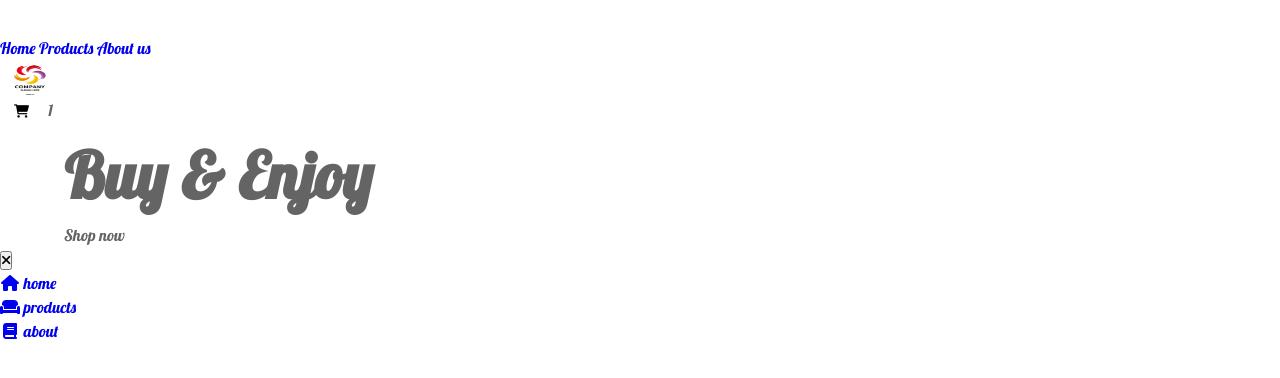
Repository: tetlisna/myprojectJS2
Page: index.html
An editor plug-in stored every save of this project. The page is shown before and after the next save, followed by the edit.
The browser window is 1280 px wide. The pictures show the whole page.
Some web fonts or font styles are not loaded; a fallback is used.

Above is the page before, as saved 2022-09-04 19:53:06.

### index.html
<!DOCTYPE html>
<html lang="en">
  <head>
    <meta charset="UTF-8" />
    <meta name="viewport" content="width=device-width, initial-scale=1.0" />
    <link rel="stylesheet" href="/css/style.css" />
    <link
      rel="stylesheet"
      href="https://cdnjs.cloudflare.com/ajax/libs/font-awesome/6.2.0/css/all.min.css"
    />
    <title>E-commers</title>
  </head>
  <body>
    <!-- Nav left -->
    <nav class="navbar">
      <div class="menu-line">
        <div class="wrapper">
          <button class="nav-logo">
            <i class="fa-sharp fa-solid fa-bars"></i>
          </button>
          <a href="#" href="index.html" class="nav-link">Home</a>
          <a href="#" href="products.html" class="nav-link">Products</a>
          <a href="#" href="about-us.html" class="nav-link">About us</a>
        </div>
        <!-- Logo -->
        <img src="/img/logo.png" class="nav-logo" alt="logo" width="100px" />
        <!-- Cart-->
        <div class="cart-side-container">
          <button class="cart-side">
            <i class="fa-sharp fa-solid fa-cart-shopping"></i>
          </button>
          <span class="cart-item-amount">1</span>
        </div>
      </div>
    </nav>

    <!--Main section-->

    <section class="main">
      <div id="main-container">
        <h1 class="text-main">Buy & Enjoy</h1>
        <a href="products.html" class="main-btn"> Shop now </a>
      </div>
    </section>
    <!--Side section-->

    <div class="sidebar-pop-out">
      <aside class="sidebar">
        <!-- close -->
        <button class="sidebar-close">
          <i class="fas fa-times"></i>
        </button>
        <!-- links -->
        <ul class="sidebar-links">
          <li>
            <a href="index.html" class="sidebar-link">
              <i class="fas fa-home fa-fw"></i>
              home
            </a>
          </li>
          <li>
            <a href="products.html" class="sidebar-link">
              <i class="fas fa-couch fa-fw"></i>
              products
            </a>
          </li>
          <li>
            <a href="about.html" class="sidebar-link">
              <i class="fas fa-book fa-fw"></i>
              about
            </a>
          </li>
        </ul>
      </aside>
    </div>
    <script src="script.js"></script>
  </body>
</html>

### css/style.css
@import url('https://fonts.googleapis.com/css2?family=Lobster&family=Qwitcher+Grypen&family=Roboto:wght@300&display=swap');
:root {
    --transition: all 0.3s linear;
    --spacing: 0.1rem;
    --radius: 0.25rem;
    --max-width: 1170px;
    --fixed-width: 620px;
    --white-bg:rgb(255, 255, 255);
    --dark-grey:rgb(100, 100, 100);
    --grey-red:rgb(190, 100, 100);
    --black-light:rgb(56, 56, 56);

}

* {
    margin: 0;
    padding: 0;
    box-sizing: border-box;
}
.container {
    max-width: 980px;
    margin: auto;
}
a {
    text-decoration: none;
}
body {
    font-family: 'Lobster', cursive,'Qwitcher Grypen', cursive,'Roboto', sans-serif;
    background: var(--white-bg);
    color: var(--dark-grey);
    line-height: 1.5;
    font-size: 0.875rem;
}
p {
    margin-bottom: 1.25rem;
    color: var(--dark-grey);
}

@media screen and (min-width: 800px) {
    h1 {
        font-size: 4rem;
    }
    body {
        font-size: 1rem;
    }
}
.img {
    width: 100%;
    display: block;
}
.main {
    width: 90vw;
    max-width: var(--max-width);
    margin: 0 auto;
}
.main-btn {
    color: var(--dark-grey);
}
.main-btn:hover {
    color: var(--grey-red);

}
.cart-side {
    background: var(--clr-primary-5);
    /* color: var(--clr-white); */
    border-radius: var(--radius);
    padding: 0.375rem 0.75rem;
    letter-spacing: var(--spacing);
    display: inline-block;
    transition: var(--transition);
    border-color: transparent;
    cursor: pointer;
  }
  /* .cart-side:hover {
    background: var(--white-bg);
    color: var(--dark-grey);
  } */
.nav-logo {
    background: var(--clr-primary-5);
    border-color: transparent;
    color: var(--white-bg);
    width: 3.75rem;
    height: 2.25rem;
    display: flex;
    align-items: center;
    justify-content: center;
    font-size: 1.5rem;
    border-radius: 2rem;
    cursor: pointer;
    transition: var(--transition);
}

### script.js
class User {
	constructor (name, balance){
		this.name = name,
		this.balance = balance
	}
	showOrderHistory(sortWay, fieldName, totalAmount, orderDate){

	}
	getCart(){
		return this.cart;
	}
	addOrder(){
		return this.order;
	}

}
class Order{
	constructor (order, totalPrice, date){
		this.order = order,
		this.price = totalPrice,
		this.date = date
	}

}

After the next save:
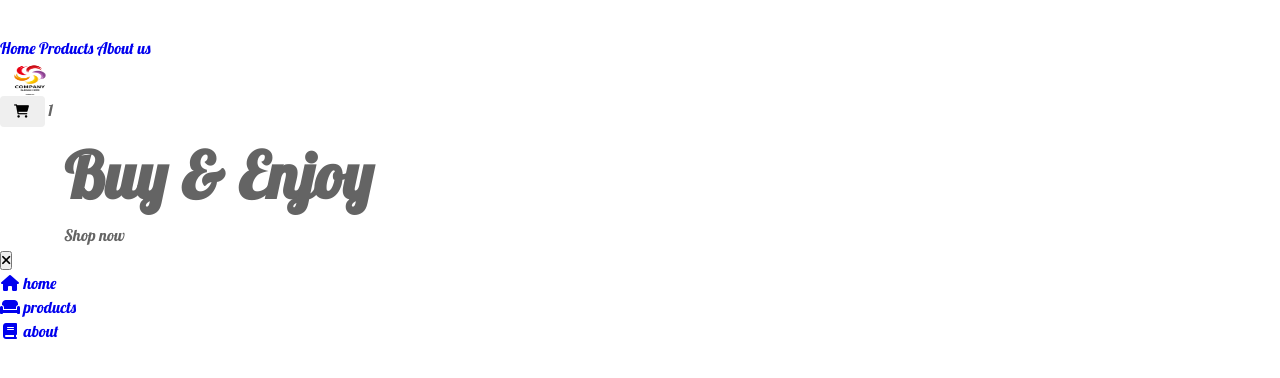
Saved 6 s later.
--- a/css/style.css
+++ b/css/style.css
@@ -61,7 +61,7 @@ p {
 
 }
 .cart-side {
-    background: var(--clr-primary-5);
+    /* background: var(--clr-primary-5); */
     /* color: var(--clr-white); */
     border-radius: var(--radius);
     padding: 0.375rem 0.75rem;
